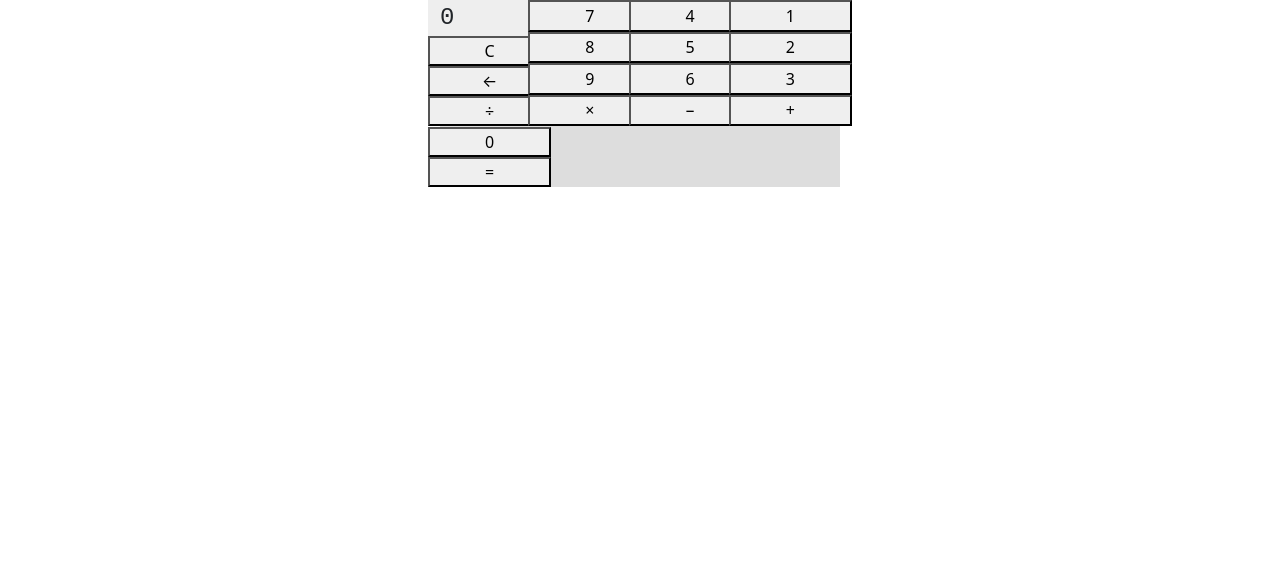
Repository: jgramirez0210/LAB-calculator
Page: index.html
The author's editor kept a copy of each file at every save. The page is drawn from the files as they stood at one save, then again after a run of saves.
The browser window is 1280 px wide. The pictures show the whole page.

Above is the page before, as saved 2023-10-10 20:45:33.

### index.html
<!DOCTYPE html>
<html lang="en">
<head>
  <meta charset="UTF-8">
  <meta name="viewport" content="width=device-width, initial-scale=1.0">
  <title>Calculator</title>
  <link href="https://cdn.jsdelivr.net/npm/bootstrap@5.3.2/dist/css/bootstrap.min.css" rel="stylesheet" integrity="sha384-T3c6CoIi6uLrA9TneNEoa7RxnatzjcDSCmG1MXxSR1GAsXEV/Dwwykc2MPK8M2HN" crossorigin="anonymous">
  <link rel="stylesheet" href="main.css">
</head>
<body>
  <div class="calculator-wrapper">
    <div class="row">
    <div id="display">0</div>
    <button id="clear-btn">C</button>
    <button id="back-btn">←</button>
    <button id="divide-btn">÷</button>
  </div>
  <div class="row">
    <button id="7">7</button>
    <button id="8">8</button>
    <button id="9">9</button>
    <button id="multiply">×</button>
  </div>
  <div class="row">
    <button id="4">4</button>
    <button id="5">5</button>
    <button id="6">6</button>
    <button id="minus">−</button>
  </div>
  <div class="row">
    <button id="1">1</button>
    <button id="2">2</button>
    <button id="3">3</button>
    <button id="add">+</button>
  </div>
  <div class="row">
    <button id="0">0</button>
    <button id="=">=</button>
  </div>
  </div>
  <script src="https://cdn.jsdelivr.net/npm/bootstrap@5.3.2/dist/js/bootstrap.bundle.min.js" integrity="sha384-C6RzsynM9kWDrMNeT87bh95OGNyZPhcTNXj1NW7RuBCsyN/o0jlpcV8Qyq46cDfL" crossorigin="anonymous"></script>
  <script src="main.js"></script>
</body>
</html>

### main.css
.calculator-wrapper {
  width: 400px;
  display: grid;
  grid-template-columns: repeat(4, 1fr);
  gap: 1px;
  background-color: #ddd;
  margin: 0 auto;
}

#button {
  padding: 20px;
  background-color: #f2f2f2;
  border: 1px solid #ccc;
  text-align: center;
}

#display {
  grid-column: span 4; /* This will make the display span all 4 columns */
  background-color: #eee;
  font-size: 1.5em;
  font-family: monospace;
}

### main.js
console.log("testeroo")

After the next 5 saves:
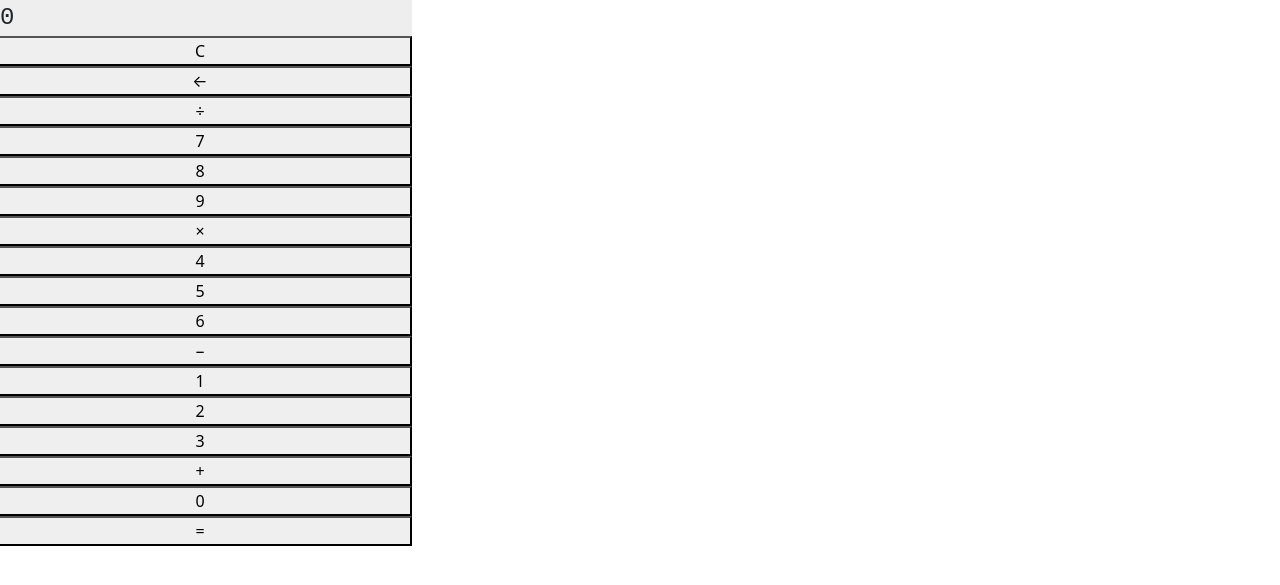
The 5 saves are shown as one change because they came seconds apart.
The last was saved 39 s later.
--- a/main.css
+++ b/main.css
@@ -1,10 +1,6 @@
 .calculator-wrapper {
   width: 400px;
-  display: grid;
-  grid-template-columns: repeat(4, 1fr);
-  gap: 1px;
-  background-color: #ddd;
-  margin: 0 auto;
+  background-color: #
 }
 
 #button {
